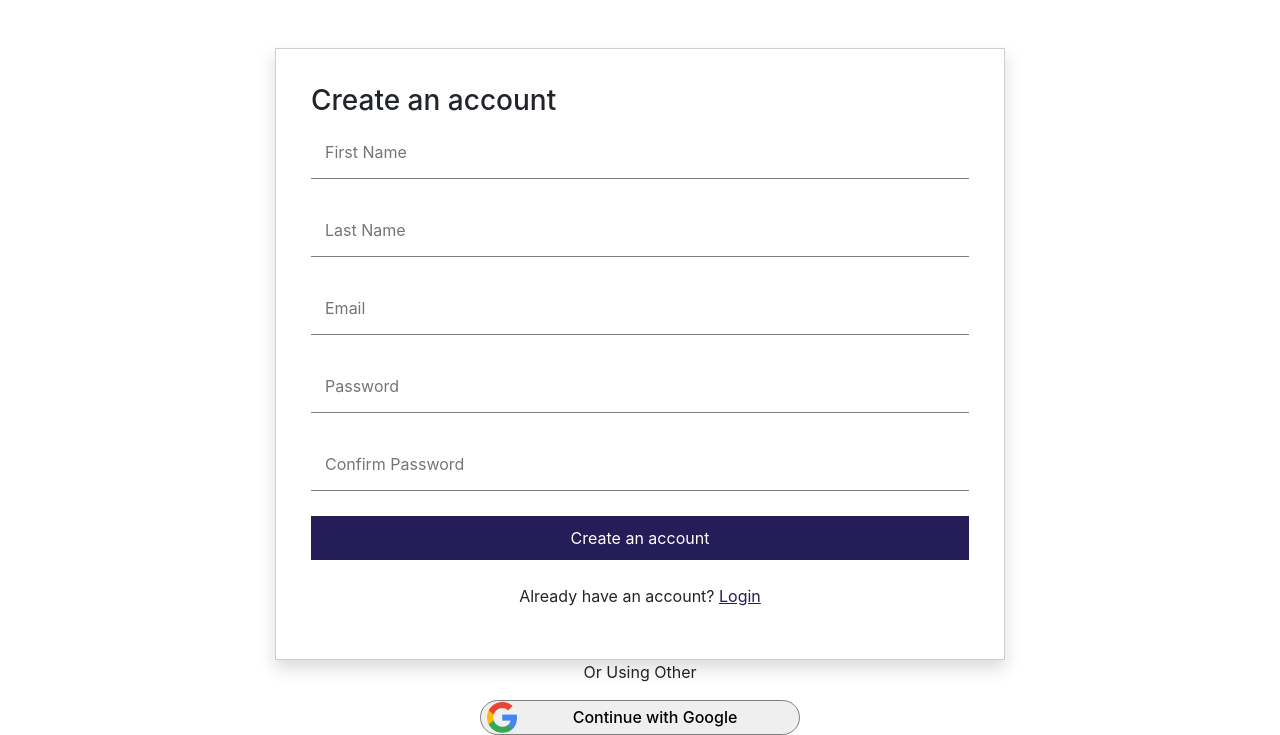
Repository: arif286/home-decoration-client-site
Page: /login
An editor plug-in stored every save of this project. The page is shown before and after the next save, followed by the edit.
The browser window is 1280 px wide. The pictures show the whole page.
The project was rebuilt for these pictures with package versions that can differ from the ones it lists, and the page was loaded fresh each time. Also part of the build but not shown: src/components/HomePage/AboutUs/AboutUs.css, src/components/HomePage/NavBar/NavBar.css, src/components/HomePage/NavBar/NavBar.js, src/components/HomePage/Header/Header.css, src/components/HomePage/Header/Header.js, src/components/HomePage/Project/Project.js, src/components/HomePage/ServiceCard/ServiceCard.js, src/components/HomePage/Service/Service.js and 4 more.

Above is the page before, as saved 2021-04-15 05:26:50.

After the next save:
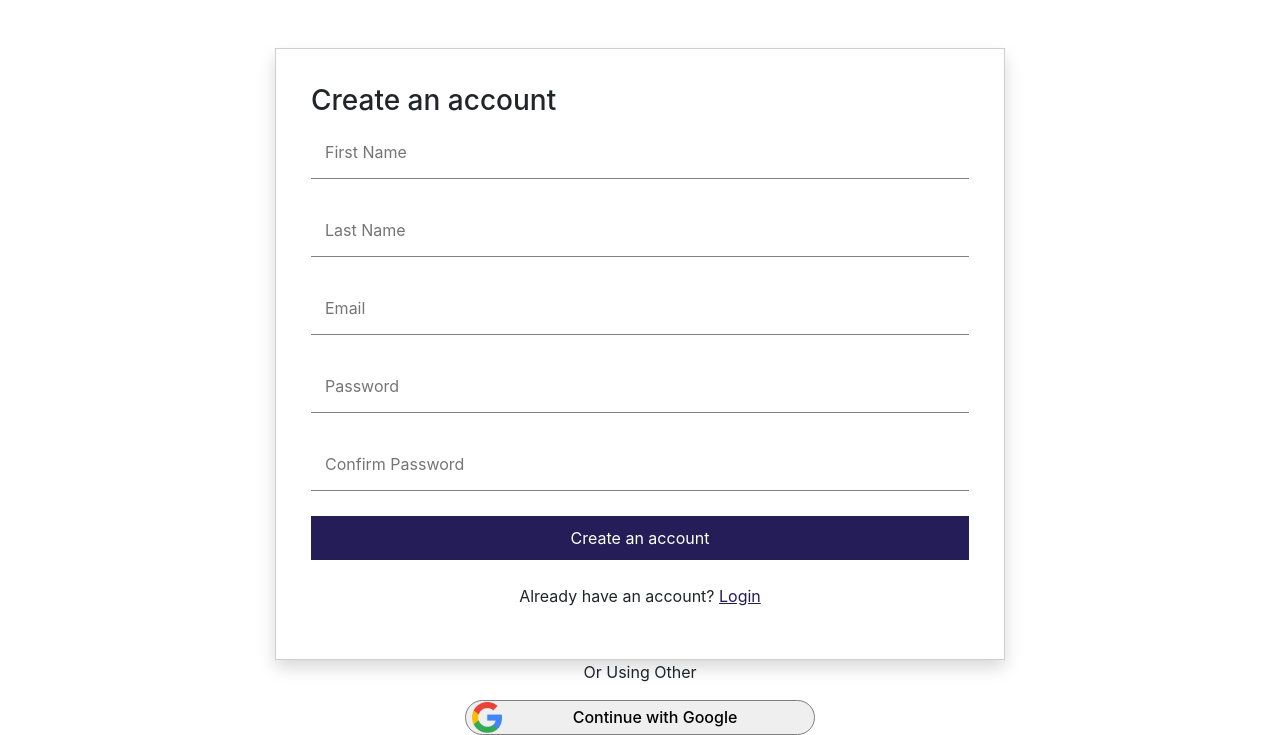
Saved 112 s later.
--- a/src/components/LoginPage/GoogleLogin/GoogleLogin.css
+++ b/src/components/LoginPage/GoogleLogin/GoogleLogin.css
@@ -1,6 +1,6 @@
 .login-btn {
   display: flex;
-  width: 320px;
+  min-width: 350px;
   border-radius: 50px;
   border: 0.5px solid gray;
   outline: none;
